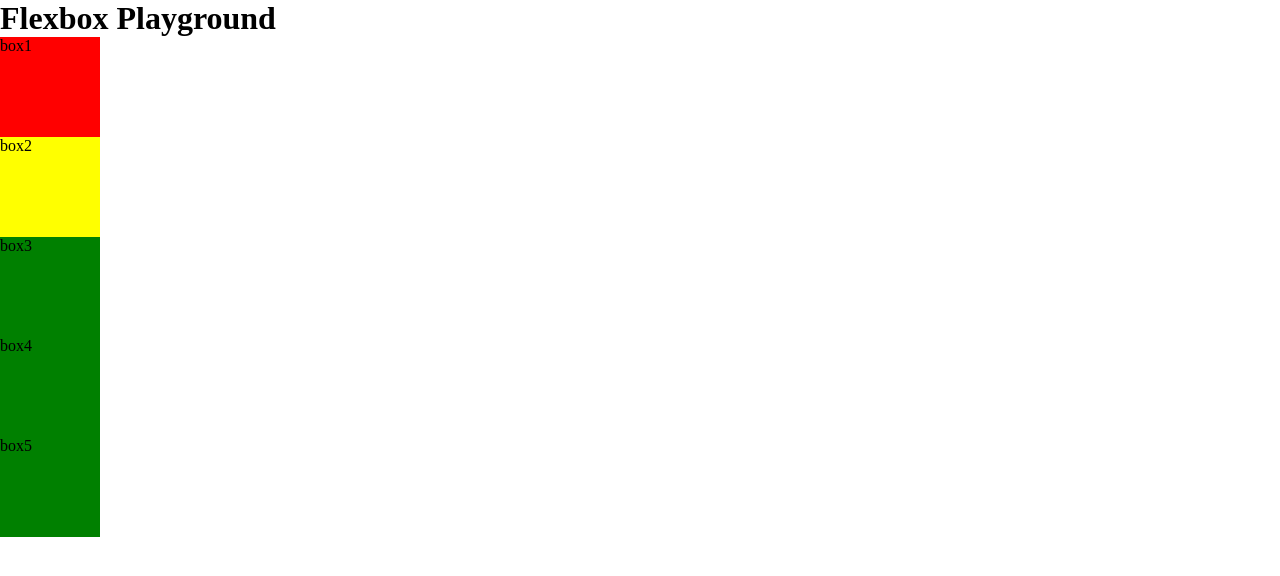
Repository: rakeshkolpepatil/CSS_Apana_College
Page: index.html
These files come from the project's save history. The page is drawn as it stood at one moment and after the next save; the edit follows.
The browser window is 1280 px wide. The pictures show the whole page.

Above is the page before, as saved 2023-06-24 20:41:27.

After the next save:
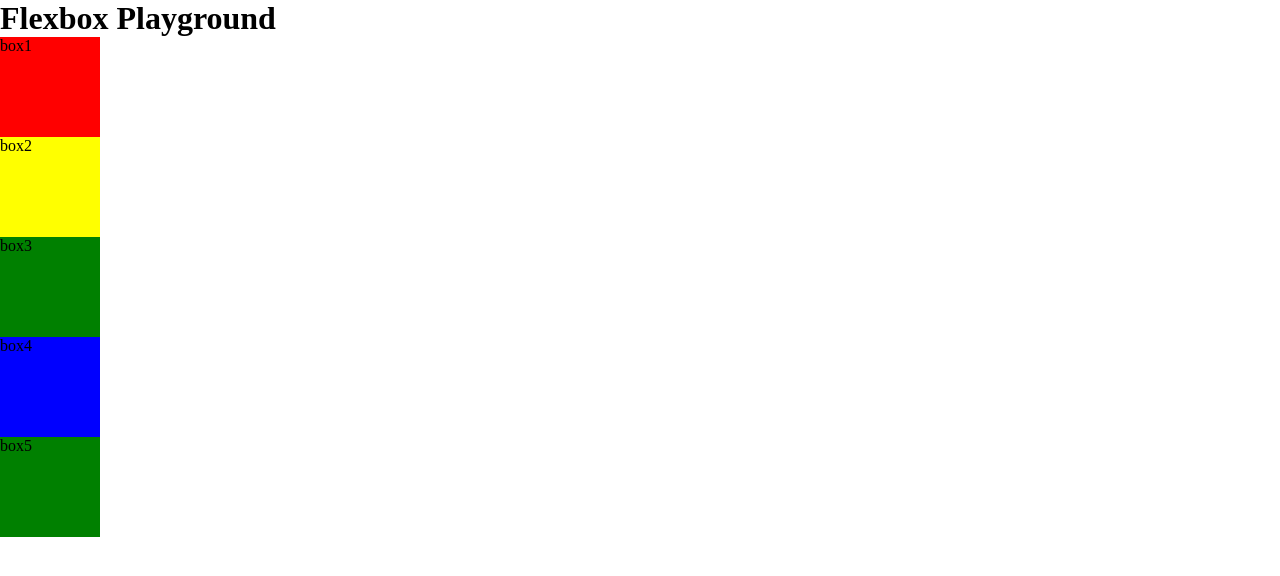
Saved 7 s later.
--- a/styleSeven.css
+++ b/styleSeven.css
@@ -16,7 +16,7 @@
   background-color: green;
 }
 #box4{
-  background-color: green;
+  background-color: blue;
 }
 #box5{
   background-color: green;
